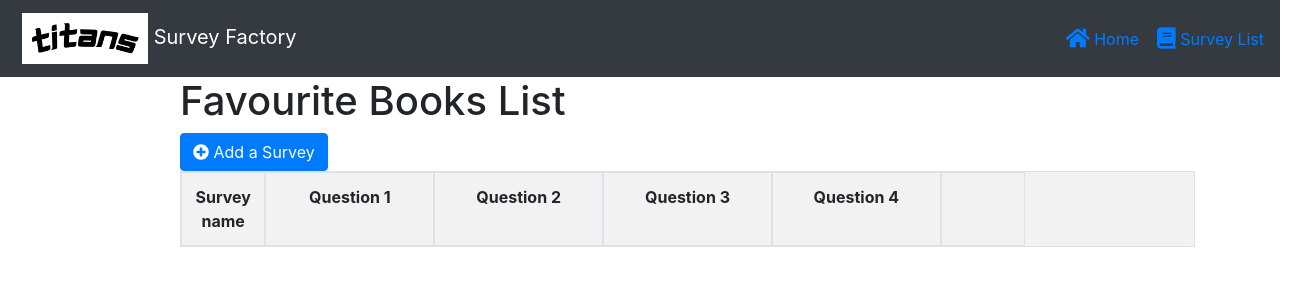
Repository: lord-NAVY/titans
Page: http://localhost/book-list
These files come from the project's save history. The page is drawn as it stood at one moment and after the next save; the edit follows.
The browser window is 1280 px wide. The page is 1280 px wide, then 1295 px, so the pictures cover 1295 px, including what lies to the right of the window. The pictures show the whole page.
The page is served by the project's Node server (server.js). Other server files are loaded and not shown. Queries for data that is not in the repository find no rows.

Above is the page before, as saved 2021-11-09 21:06:26.

### server/views/book/index.ejs
<%- include ../partials/header.ejs %>

<%- include ../partials/main_nav.ejs %>


  <!-- Main Content -->
  <main class="container" width="100%">
    <div class="row">
        <div class="offset-md-1 col-md-11">
            <h1>Favourite Books List</h1>

            <!-- FIX THE ADD BUTTON BELOW -->
            <a href="/book-list/add" class="btn btn-primary" role="button">
            <i class="fas fa-plus-circle"></i> Add a Survey</a>
            <br>
            <table class="table table-bordered table-striped table-hover">
                <!-- Header Row-->
                <tr class="d-flex">
                    <th class="text-center col-1">Survey name</th>
                    <th class="text-center col-2">Question 1</th>
                    <th class="text-center col-2">Question 2</th>
                    <th class="text-center col-2">Question 3</th>
                    <th class="text-center col-2">Question 4</th>
                    <th class="text-center col-1"></th>
                </tr>

                <!-- Repeatable Template Row -->

                <% for(let count = 0; count < BookList.length; count++) { %>
                    <tr class="d-flex">
                        <td class="text-center col-1"><%= BookList[count].Title%></td>
                        <td class="text-center col-2"><%= BookList[count].Description %></td>
                        <td class="text-center col-2"><%= BookList[count].Price%></td>
                        <td class="text-center col-2"><%= BookList[count].Author %></td>
                        <td class="text-center col-2"><%= BookList[count].Genre %></td>
                        <td class="text-center col-1">

                    <!-- ADD the EDIT BUTTON HERE -->


                            <a href="/book-list/edit/<%= BookList[count]._id %>" class="btn btn-primary btn-sm">
                            <i class="fas fa-pencil-alt"></i> Edit</a>
                        </td>
                        <td class="text-center col-1">

                         <!-- ADD the DELETE BUTTON HERE -->
                            <a href="/book-list/delete/<%= BookList[count]._id %>" class="btn btn-danger btn-sm">
                            <i class="fas fa-trash-alt"></i> Delete</a>
                        </td>
                    </tr>
                <% } %>
            </table>
        </div>
    </div>
  </main>

### server/views/partials/main_nav.ejs
<!-- Main Navigation -->
  <nav class="navbar navbar-expand-lg navbar-dark bg-dark">
      <a class="navbar-brand" href="/"><i class="fa fa-bookmark-o"></i> <img src="assets/images/logo.png" width="20%"> Survey Factory</a>
    <button class="navbar-toggler" type="button" data-toggle="collapse" data-target="#navbarSupportedContent" aria-controls="navbarSupportedContent" aria-expanded="false" aria-label="Toggle navigation">
      <span class="navbar-toggler-icon"></span>
    </button>

    <div class="collapse navbar-collapse" id="navbarSupportedContent">
      <ul class="navbar-nav ml-auto">

           <% if(title == "Home") { %>
          <li class="active"><a href="/"><i class="fa fa-home fa-lg"></i> Home   &nbsp; &nbsp; </a></li>
        <% } else { %>
          <li><a href="/"><i class="fa fa-home fa-lg"></i> Home &nbsp; &nbsp;   </a></li>
        <% } %>

          <% if(title == "books") { %>
          <li class="active"><a href="/books"><i class="fa fa-book fa-lg">
          </i>    Survey List</a></li>
          <% } else { %>
            <li><a href="/book-list"><i class="fa fa-book fa-lg">
            </i>   Survey List</a></li>
          <% } %>
</ul>
    </div>
  </nav>

### server.js
#!/usr/bin/env node

/* server.js
Students's name: Arshpreet Singh
StudentID: 301174738
Date: 31 October, 2021
*/

/**
 * Module dependencies.
 */

var app = require('./server/config/app');
var debug = require('debug')('week-4:server');
var http = require('http');

/**
 * Get port from environment and store in Express.
 */

var port = normalizePort(process.env.PORT || '3000');
app.set('port', port);

/**
 * Create HTTP server.
 */

var server = http.createServer(app);

/**
 * Listen on provided port, on all network interfaces.
 */

server.listen(port);
server.on('error', onError);
server.on('listening', onListening);

/**
 * Normalize a port into a number, string, or false.
 */

function normalizePort(val) {
  var port = parseInt(val, 10);

  if (isNaN(port)) {
    // named pipe
    return val;
  }

  if (port >= 0) {
    // port number
    return port;
  }

  return false;
}

/**
 * Event listener for HTTP server "error" event.
 */

function onError(error) {
  if (error.syscall !== 'listen') {
    throw error;
  }

  var bind = typeof port === 'string'
    ? 'Pipe ' + port
    : 'Port ' + port;

  // handle specific listen errors with friendly messages
  switch (error.code) {
    case 'EACCES':
      console.error(bind + ' requires elevated privileges');
      process.exit(1);
      break;
    case 'EADDRINUSE':
      console.error(bind + ' is already in use');
      process.exit(1);
      break;
    default:
      throw error;
  }
}

/**
 * Event listener for HTTP server "listening" event.
 */

function onListening() {
  var addr = server.address();
  var bind = typeof addr === 'string'
    ? 'pipe ' + addr
    : 'port ' + addr.port;
  debug('Listening on ' + bind);
}

### server/controllers/book.js
/* book.js
Students's name: Arshpreet Singh
StudentID: 301174738
Date: 31 October, 2021
Web app name: COMP229-F2021-MidTerm-301174738
*/

let express = require('express');
let router = express.Router();
let mongoose = require('mongoose');

// create a reference to the model
let Book = require('../models/book');

module.exports.displayBookList = (req, res, next) => {
    Book.find((err, bookList) => {
        if(err)
        {
            return console.error(err);
        }
        else
        {
            //console.log(BookList);

            res.render('book/index', {title: 'Books', BookList: bookList});
        }
    });
}

module.exports.displayAddPage = (req, res, next) => {
    res.render('book/details', {title: 'Add Book'})
}

module.exports.processAddPage = (req, res, next) => {
    let newBook = Book({
        "Title": req.body.Title,
        "Author": req.body.Author,
        "Genre": req.body.Genre,
        "Description": req.body.Description,
        "Price": req.body.Price
    });

    Book.create(newBook, (err, Book) =>{
        if(err)
        {
            console.log(err);
            res.end(err);
        }
        else
        {
            // refresh the book list
            res.redirect('/book-list');
        }
    });

}

module.exports.displayEditPage = (req, res, next) => {
    let id = req.params.id;

    Book.findById(id, (err, bookToEdit) => {
        if(err)
        {
            console.log(err);
            res.end(err);
        }
        else
        {
            //show the edit view
            res.render('book/edit', {title: 'Edit Book', book: bookToEdit})
        }
    });
}

module.exports.processEditPage = (req, res, next) => {
    let id = req.params.id

    let updatedBook = Book({
        "_id": id,
        "Title": req.body.Title,
        "Author": req.body.Author,
        "Genre": req.body.Genre,
        "Description": req.body.Description,
        "Price": req.body.Price
    });

    Book.updateOne({_id: id}, updatedBook, (err) => {
        if(err)
        {
            console.log(err);
            res.end(err);
        }
        else
        {
            // refresh the book list
            res.redirect('/book-list');
        }
    });
}

module.exports.performDelete = (req, res, next) => {
    let id = req.params.id;

    Book.remove({_id: id}, (err) => {
        if(err)
        {
            console.log(err);
            res.end(err);
        }
        else
        {
             // refresh the book list
             res.redirect('/book-list');
        }
    });
}

### public/Content/app.css
/* app.css
Students's name: Arshpreet Singh
StudentID: 301174738
Date: 31 October, 2021
Web app name: COMP229-F2021-MidTerm-301174738
*/

/* custom css goes here */

Loaded but not shown: server/views/partials/header.ejs (common file)

After the next save:
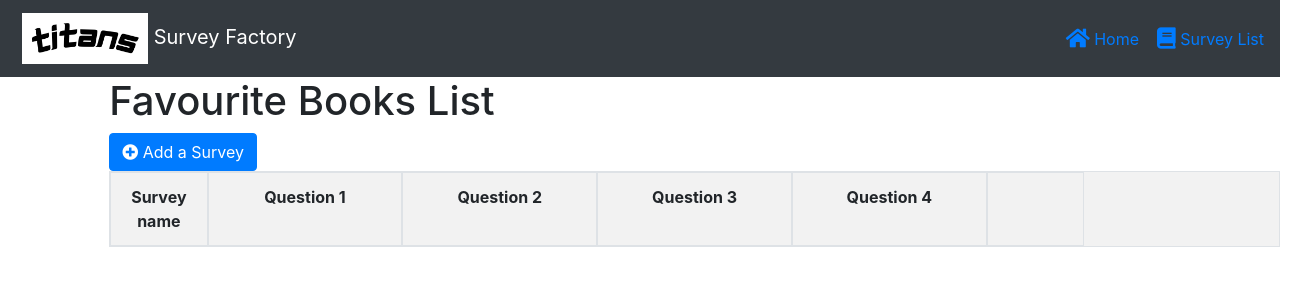
Saved 9 s later.
--- a/server/views/book/index.ejs
+++ b/server/views/book/index.ejs
@@ -4,7 +4,7 @@
 
 
   <!-- Main Content -->
-  <main class="container" width="100%">
+  <main  width="100%">
     <div class="row">
         <div class="offset-md-1 col-md-11">
             <h1>Favourite Books List</h1>
